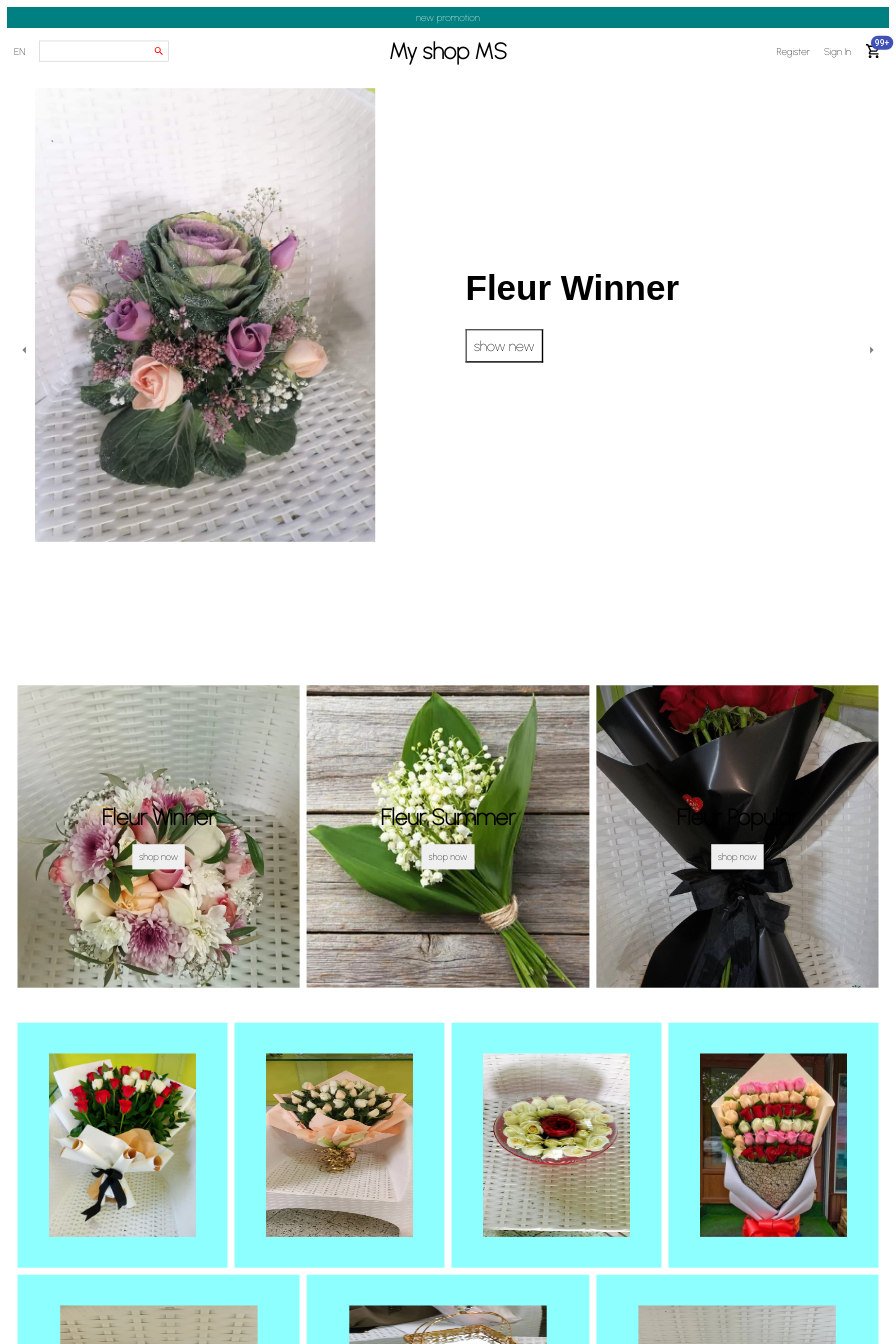
Repository: jarraymassaoud/react-web
Page: /
These files come from the project's save history. The page is drawn as it stood at one moment and after the next save; the edit follows.
The browser window is 1280 px wide. The pictures show the part of the page from y = 0 to 1920 px (the page is 2807 px tall), at 70% of full size.
The project was rebuilt for these pictures with package versions that can differ from the ones it lists, and the page was loaded fresh each time. Also part of the build but not shown: src/pages/Cart.jsx, src/pages/Login.jsx, src/pages/Bunch.jsx.

Above is the page before, as saved 2022-06-01 08:22:45.

After the next save:
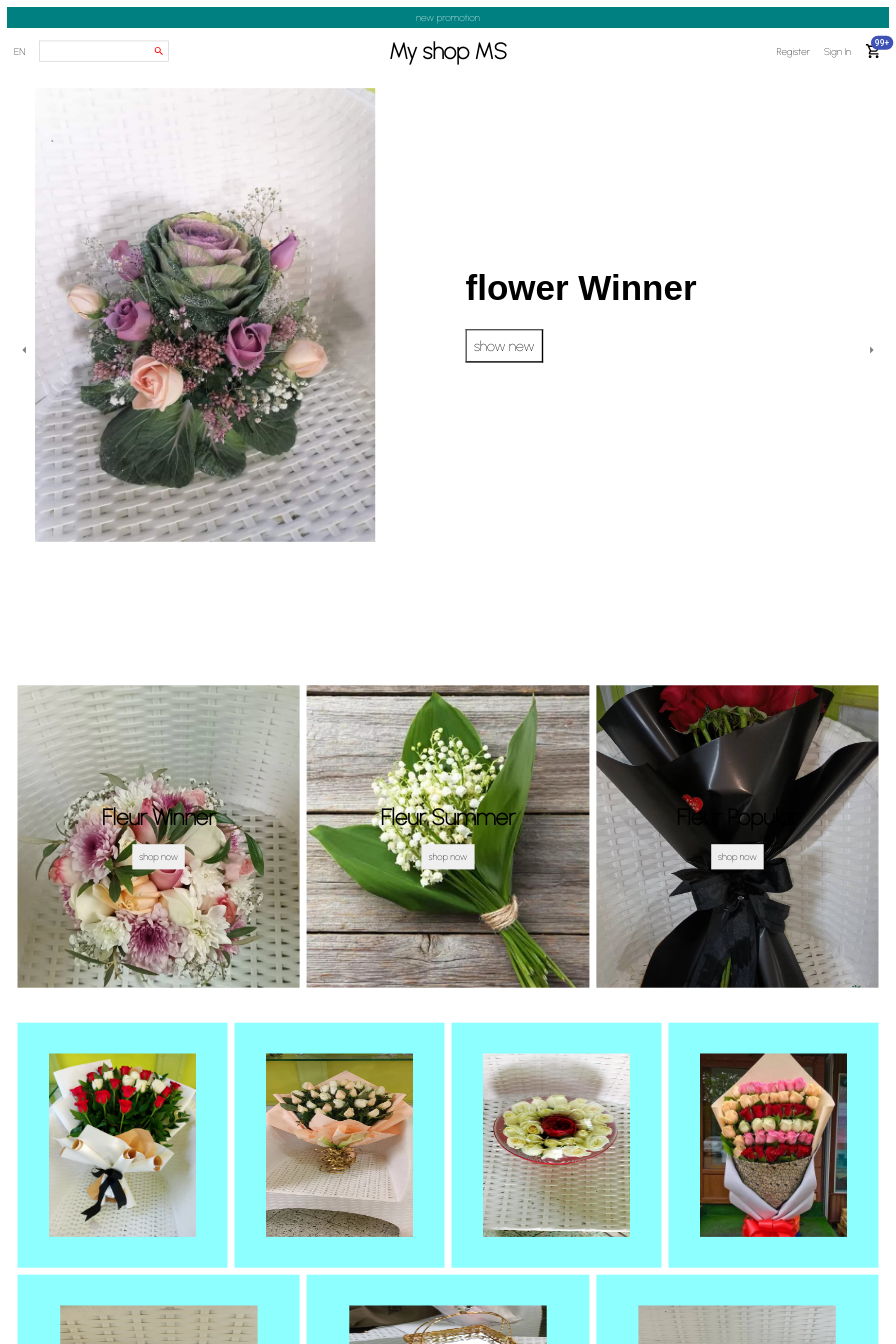
Saved 33 s later.
--- a/src/data.js
+++ b/src/data.js
@@ -2,7 +2,7 @@ export const sliderItems = [
   {
     id: 1,
     img: "images/img1.jpg",
-    title: "Fleur Winner",
+    title: "flower Winner",
     desc: "",
     bg: "fcf1ed",
   },
@@ -10,14 +10,14 @@ export const sliderItems = [
   {
     id: 2,
     img: "images/img25.jpg",
-    title: "Fleur Summer",
+    title: "Flower Summer",
     desc: "",
     bg: "f5fafd",
   },
   {
     id: 3,
     img: "images/img20.jpg",
-    title: "Fleur Popular",
+    title: "flower Popular",
     desc: "",
     bg: "fbf0f4",
   },
